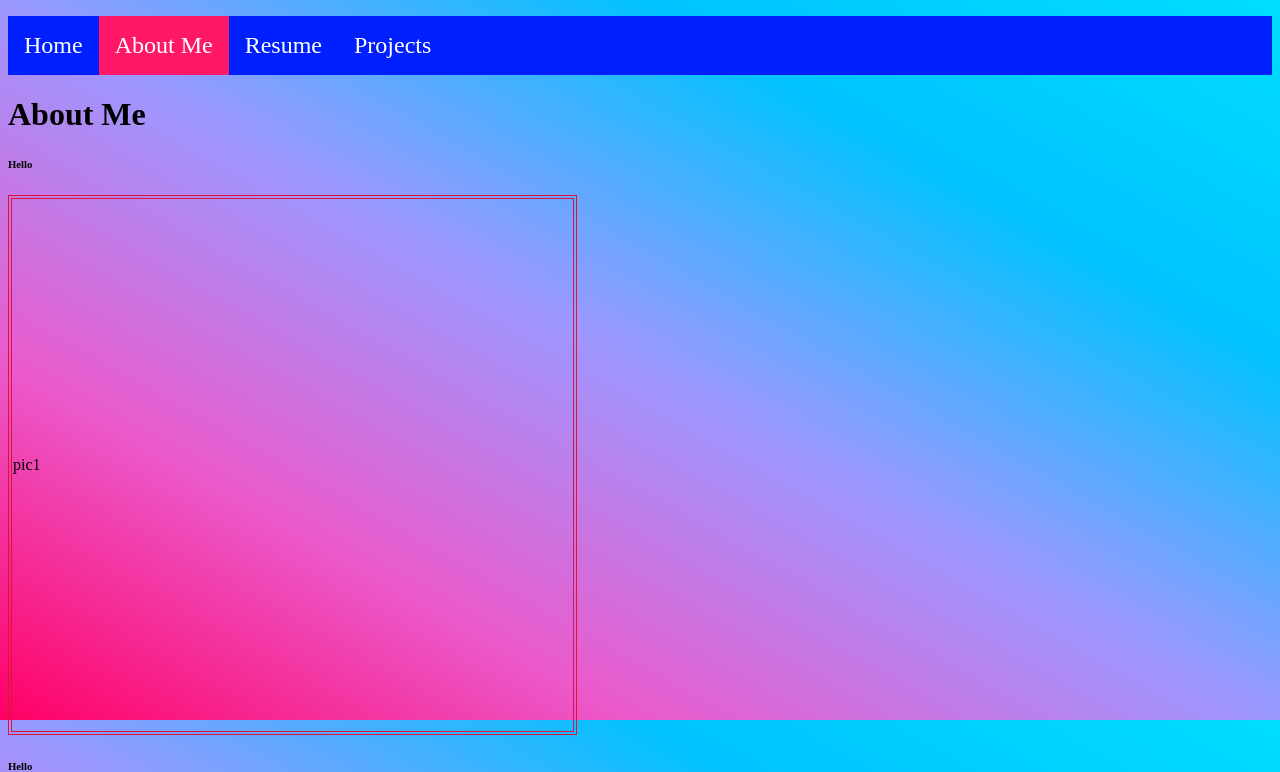
Repository: Zatarain10/Zatarain10.github.io
Page: aboutme.html
The author's editor kept a record of every edit. The page is drawn from the files as they stood at one moment, then again after the next edit.
The browser window is 1280 px wide. The pictures show the whole page.

Above is the page before.

After the next edit:
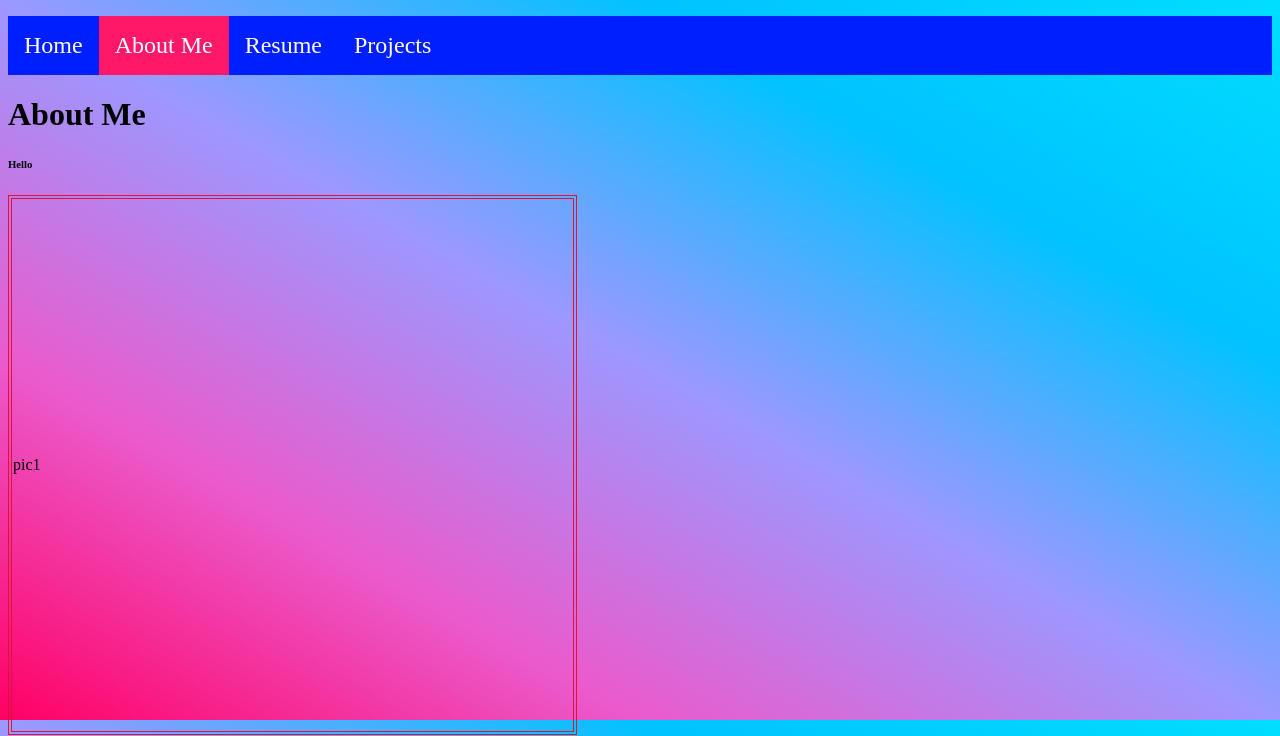
The edit:
--- a/aboutme.html
+++ b/aboutme.html
@@ -28,6 +28,5 @@
             </tr>
         </table>
 
-        <h6 float:right> Hello</h6>
     </body>
 </html>
